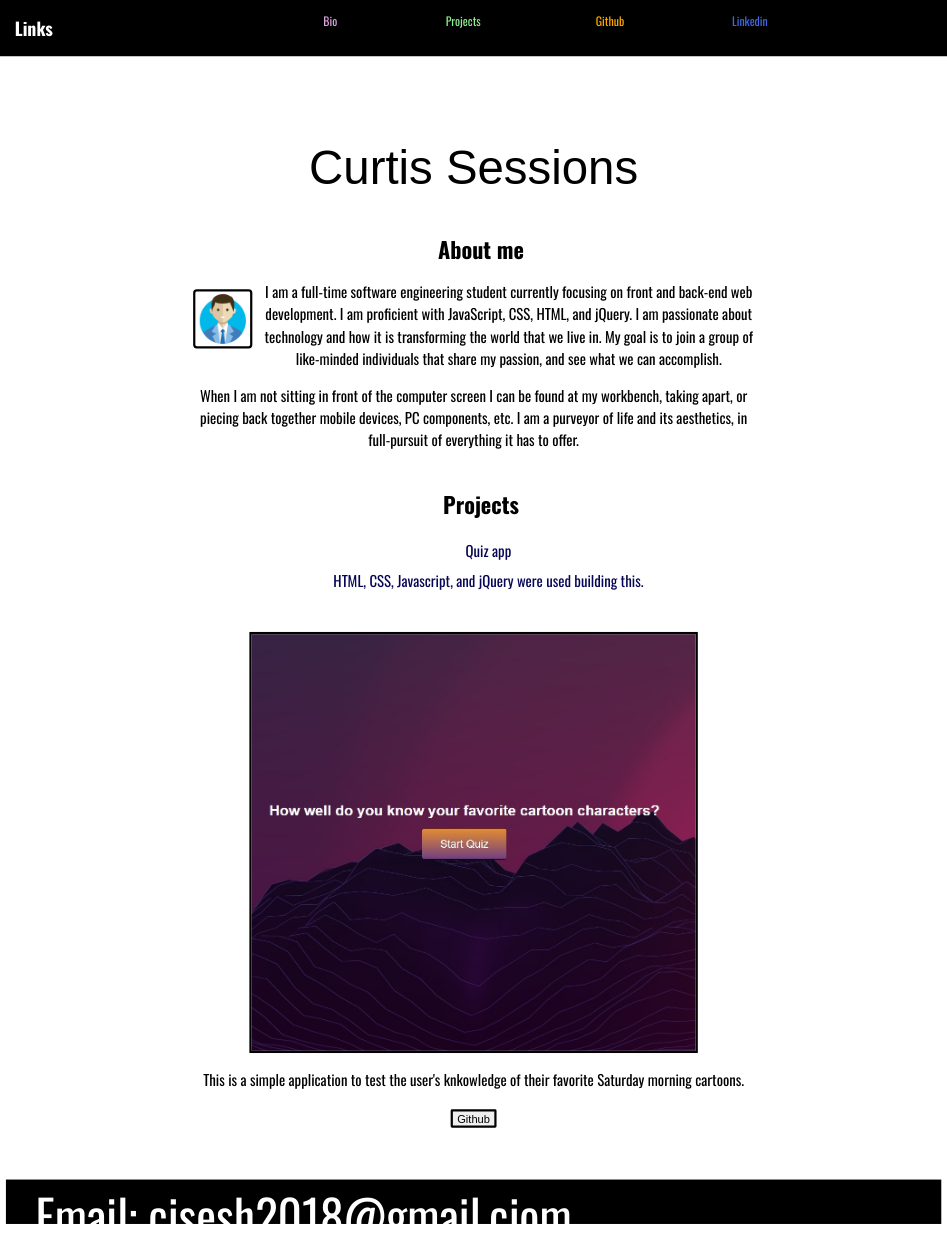
Repository: cjsesh00/NewProfile
Page: index.html
These files come from the project's save history. The page is drawn as it stood at one moment and after the next save; the edit follows.
The browser window is 1280 px wide. The pictures show the whole page, at 74% of full size.
Some web fonts or font styles are not loaded; a fallback is used. Some web libraries are served in a nearby version.

Above is the page before, as saved 2020-03-08 17:49:28.
Not found: scripts/index.js

### index.html
<!DOCTYPE html>
<html lang="en">

<head>
  <meta charset="UTF-8">
  <meta name="viewport" content="width=device-width, initial-scale=1.0">
  <meta http-equiv="X-UA-Compatible" content="ie=edge">

  <link rel="stylesheet" href="main.css">
  <script src="https://kit.fontawesome.com/6547825e10.js" crossorigin="anonymous"></script>
  <link href='https://fonts.googleapis.com/css?family=Oswald:400,300,700' rel='stylesheet' type='text/css'>
  <link rel="stylesheet" href="https://use.typekit.net/mgs6znr.css">
  <title>Curtis's Portfolio</title>
</head>
<style>
  a {
    text-decoration: none;
  }
</style>

<body id="top">
  <div class="nav-list">
    <nav role="navigation">
      <h2>
        <a href="#top">Links</a>
      </h2>

      <ul class="nav-items">
        <li><a href="#bio" style="color: plum">Bio</a></li>
        <li><a href="#projects" style="color: lightgreen">Projects</a></li>
        <li><a href="https://github.com/cjsesh00/Projects" target="blank" style="color: orange">Github</a></li>
        <li><a href="https://www.linkedin.com/in/curt-sessions-81b19a1a3/" target="blank"
          style="color: royalblue">Linkedin</a></li>
      </ul>
  </div>
  </nav>
  <main>
    <h1>
      Curtis Sessions
    </h1>
    <a name="bio"></a>
      <section class="bio">
        <h2 class="section-header">About me</h2>
        <div></div>
        <img class="profile-photo" src="img/icone-people-66.png">
        <p>I am a full-time software engineering student currently focusing on front and back-end web development.
            I am proficient with JavaScript, CSS, HTML, and jQuery. I am passionate about technology and how it is
            transforming the world that we live in. My goal is to join a group of like-minded individuals that share my passion,
            and see what we can accomplish. </p>
        <a name="projects"></a>
        <p>When I am not sitting in front of the computer screen I can be found at my workbench,
            taking apart, or piecing back together mobile devices, PC components, etc.  I am
            a purveyor of life and its aesthetics, in full-pursuit of everything it has to offer.</p>
    </div>
    </section>
    </div>
    <div>
      <section class="projects">
        <h2 class="section-header">Projects</h2>
        <ul class="project-details">
        <li>
          <p>
            <p style="color:rgb(6, 6, 85)">Quiz app</p>
          </p>
        </li>
        <li>
          <p>
            <p style="color: rgb(6, 6, 85)">HTML, CSS, Javascript, and jQuery were used building this.</p>
          </p>
        </li>
      </ul>
        <img class="image quiz-app" src="img/quiz.jpg">
        <p>This is a simple application to test the user's knkowledge of their favorite Saturday morning cartoons. </p>
        <a href="https://cjsesh00.github.io/Projects/"
          target="blank">
          <button class="github-link">Github</button>
        </a>

      </section>
    </div>
  </main>
  <script type="text/javascript" src="https://cdnjs.cloudflare.com/ajax/libs/jquery/3.1.0/jquery.min.js"></script>
  <script type="text/javascript" src="scripts/index.js"></script>
</body>
<footer id="footer">
  <ul>
    <li><a href="mailto:cjsesh2018@gmail.com">Email: cjsesh2018@gmail.cjom</a></li>
  </ul>
</footer>

</html>

### main.css
*{
  box-sizing: border-box;
}

body{
  font-family: 'Oswald', sans-serif;
}

.image{
  margin-left: auto;
  margin-right: auto;
  width: 100%;
  border: solid black;
  margin-bottom: 20px;
  margin-top: 50px;
}

.profile-photo{
  float: left;
  width: 80px;
  margin-top: 32px;
  margin-right: 15px;
  border: solid black;
  border-radius: 5px;
}

.header-image{
  margin-left: auto;
  margin-right: auto;
  width: 25%
}

nav{
  position: absolute;
  top: 0%;
  left: 0%;
  right: 0%;
  display: block;
  background-color: black;
  color: white;
}

li{
  list-style: none;
}

.nav-list{
  width: 20%;
  float: left;
}

h1{
    text-align: center;
    margin-top: 70%;
    font-family: neon-stream, sans-serif;
    font-weight: 400;
    font-style: normal;
    font-size: 4em;
}

h2{
  margin-left: 20px;
}

a{
  color: white;
}

button{
  font-size: 15px;
  border: solid black;
  border-radius: 2px;
  margin-bottom: 20px;
}

#footer{
  bottom: 0%;
  left: 0%;
  right: 0%;
  display: flex;
  background-color: black;
  color: white;
  width: 100%;
  height: 60px;
  font-size: 4em;
}

#footer ul{
  margin: 0 auto;
  text-align: center;
}

.project-details p{
  display: inline;
  line-height: 40px;
}

/* Non-mobile, grid */
@media only screen and (min-width: 850px){
  h1{
    text-align: center;
    margin-top: 15%;
  }

  section{
    font-size: 20px;
    text-align: center;
    padding: 0% 20%;
    margin-top: 50px;
    margin-bottom: 50px;
  }



  h2{
    width: 25%;
  }

  nav ul li{
    text-align: right;
    width: 20%;
    padding: 0% 5%;
  }

  nav div ul:hover{
    cursor: pointer;
  }

  .nav-list{
    display: flex;
    width: 75%;
  }

  img{
    display: block;
  }

  .header-image{
    margin-left: auto;
    margin-right: auto;
  }

  .image{
    margin-left: auto;
    margin-right: auto;
    width: 80%;
    border: solid black;
    margin-bottom: 20px;
    margin-top: 50px;
  }

  .section-header{
    display: inline;
    text-align: center;
  }

  nav{
    position: absolute;
    top: 0%;
    left: 0%;
    right: 0%;
    display: flex;
    background-color: black;
    color: white;
  }

  ul{
    display: flex;
    width: 100%;
  }

  .project-details{
    display: block;
  }
}

After the next save:
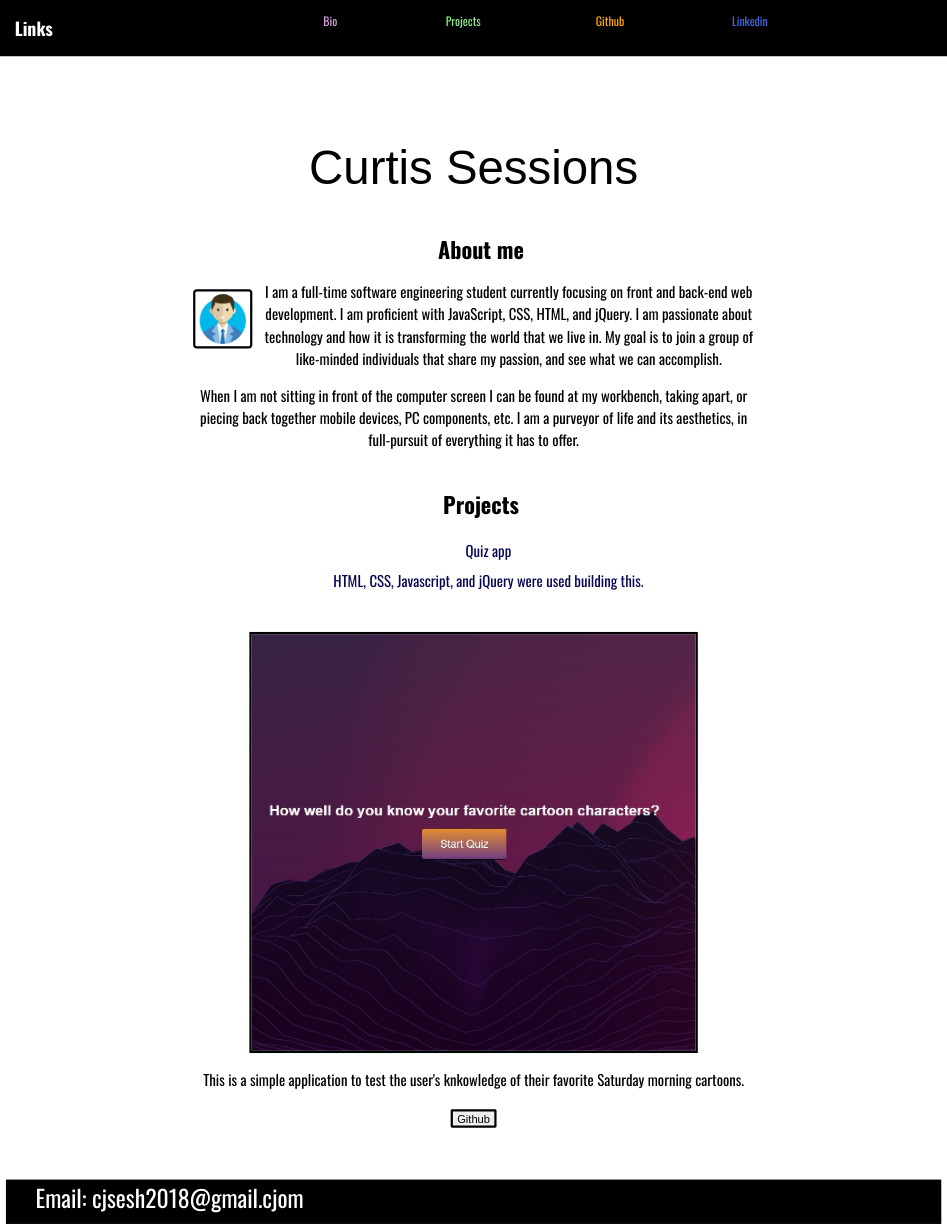
Saved 12 s later.
--- a/main.css
+++ b/main.css
@@ -82,7 +82,7 @@ button{
   color: white;
   width: 100%;
   height: 60px;
-  font-size: 4em;
+  font-size: 2em;
 }
 
 #footer ul{
